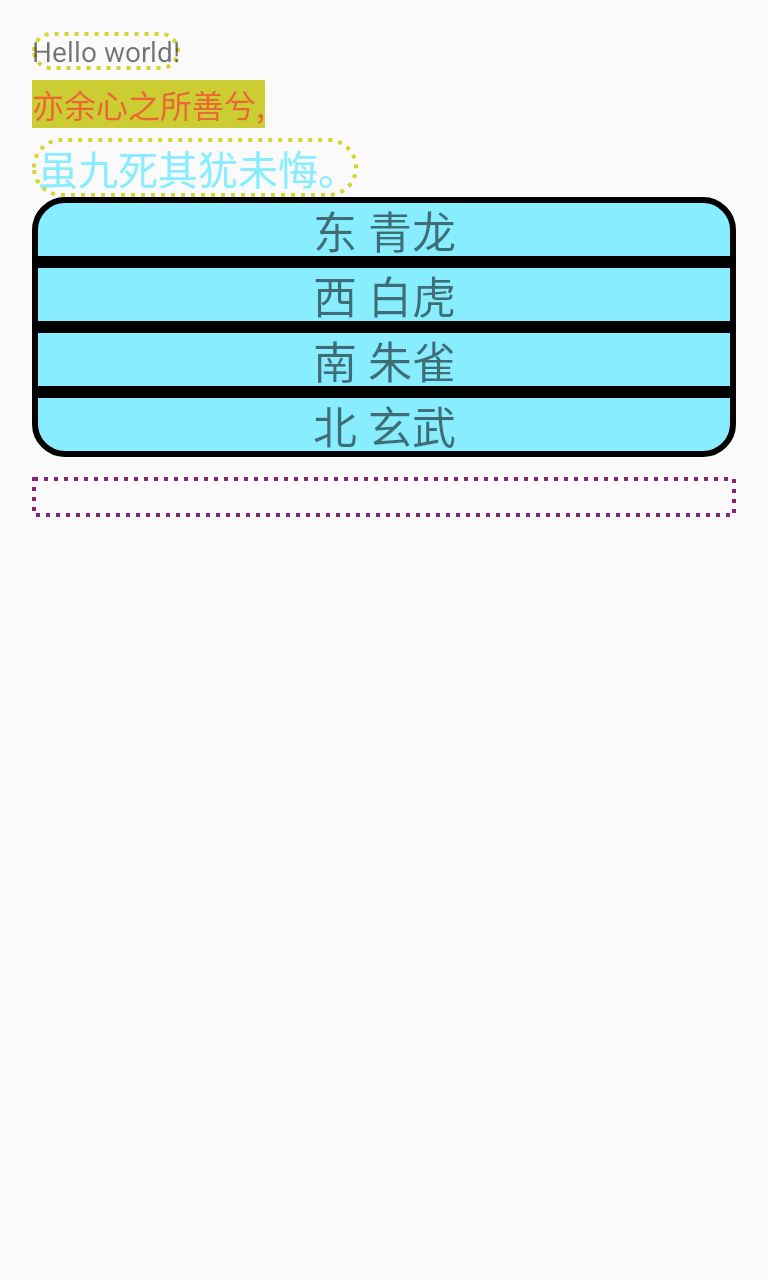
Repository: duhei/cici
Layout: GitHubFrist/res/layout/activity_main.xml
The author's editor kept a copy of each file at every save. The layout is drawn from the files as they stood at one save, then again after the next save.
Pictures or frames that could not be fetched are drawn as grey boxes. It is drawn on a 768 x 1280 px phone screen (xhdpi) without system bars, with theme AppTheme; the app's code is not run.

Above is the layout before, as saved 2015-07-10 09:32:28.

After the next save:
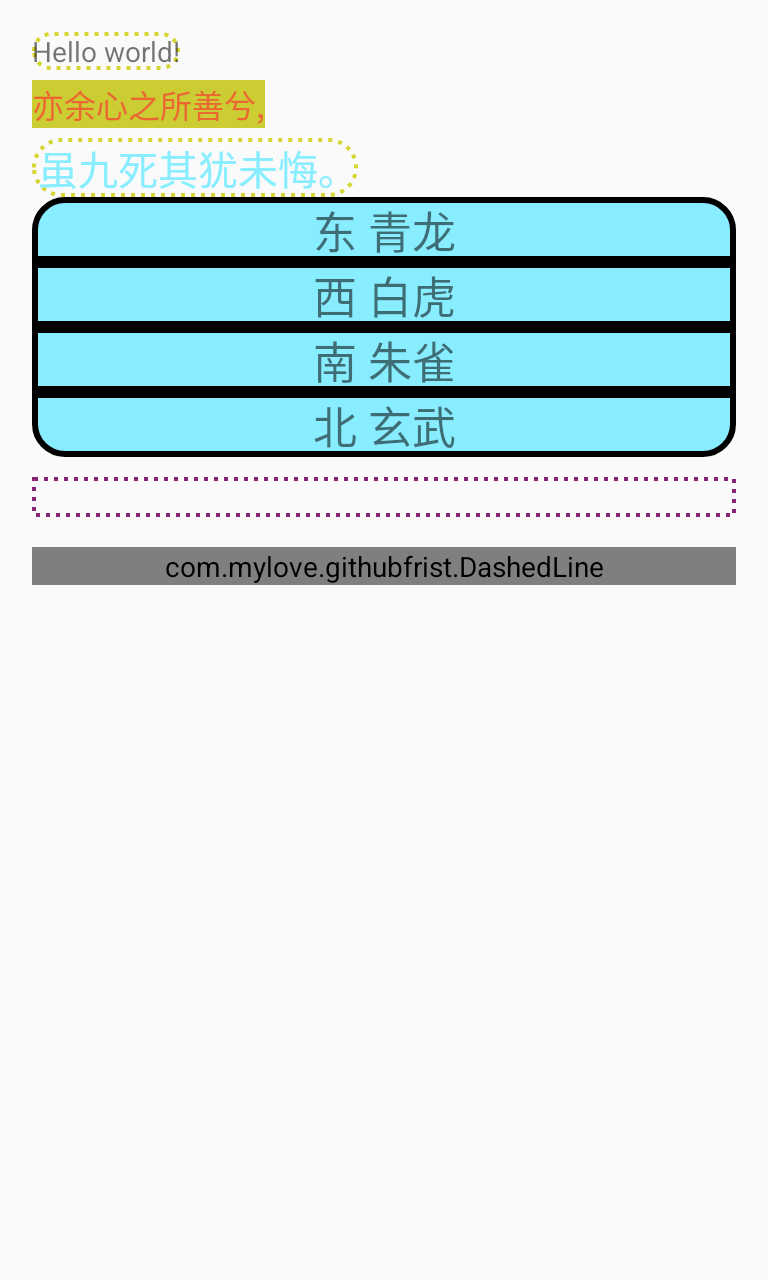
Saved 12 s later.
--- a/GitHubFrist/res/layout/activity_main.xml
+++ b/GitHubFrist/res/layout/activity_main.xml
@@ -86,6 +86,8 @@
         />
 
     <com.mylove.githubfrist.DashedLine
+        android:layout_width="match_parent"
+        android:layout_height="wrap_content"
         ></com.mylove.githubfrist.DashedLine>
 
 </LinearLayout>
